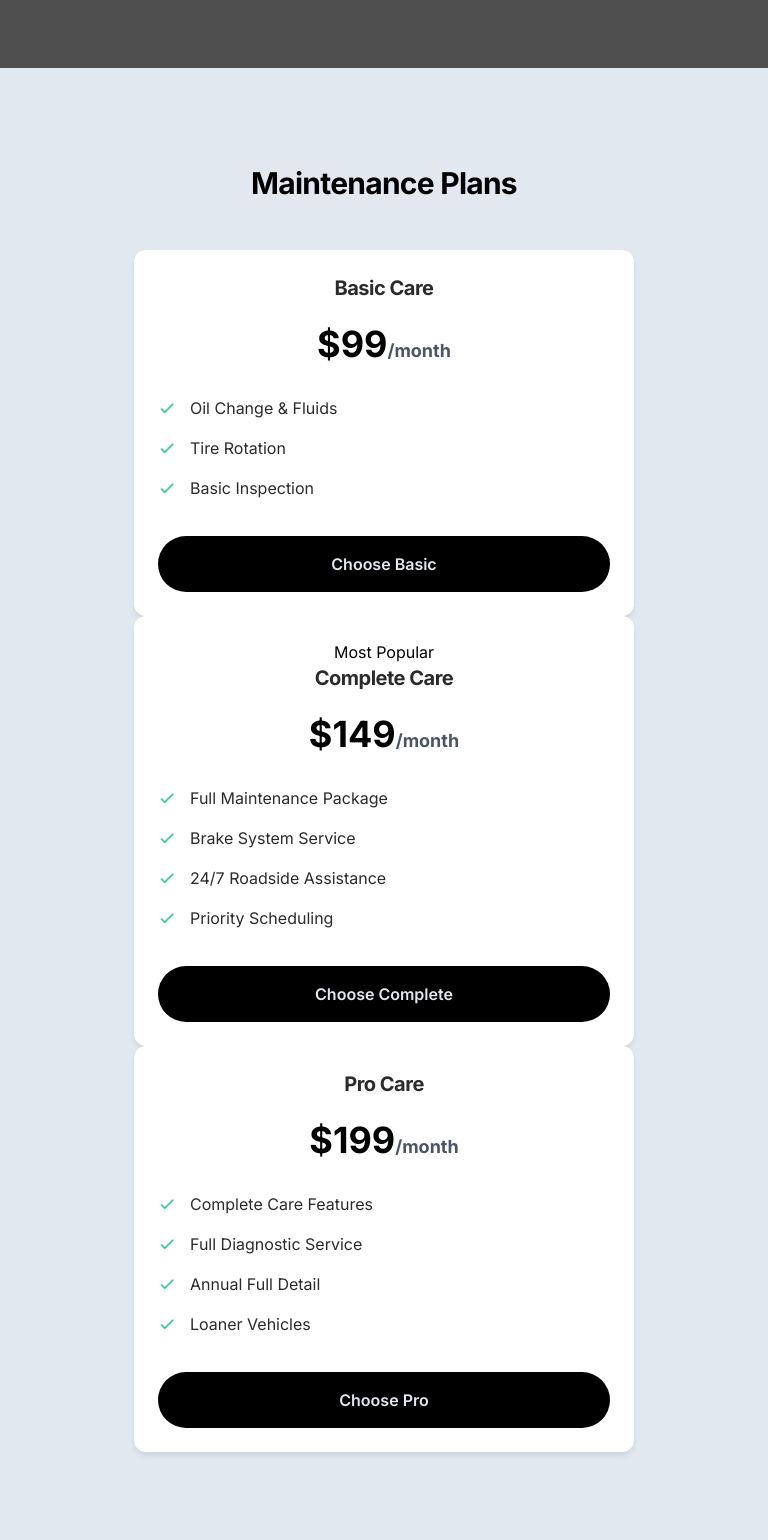
Repository: ilovegames507/twebsite-2
Page: frontend/public/index.html
An editor plug-in stored every save of this project. The page is shown before and after the next save, followed by the edit.
The browser window is 768 px wide. The pictures show the part of the page from y = 876 to 2416 px (the page is 3472 px tall before and 3624 px after).
Pictures or frames that could not be fetched are drawn as grey boxes. A picture or video elsewhere on the page could not be fetched, so the positions and the page height are approximate.

Above is the page before, as saved 2025-03-17 21:39:26.

After the next save:
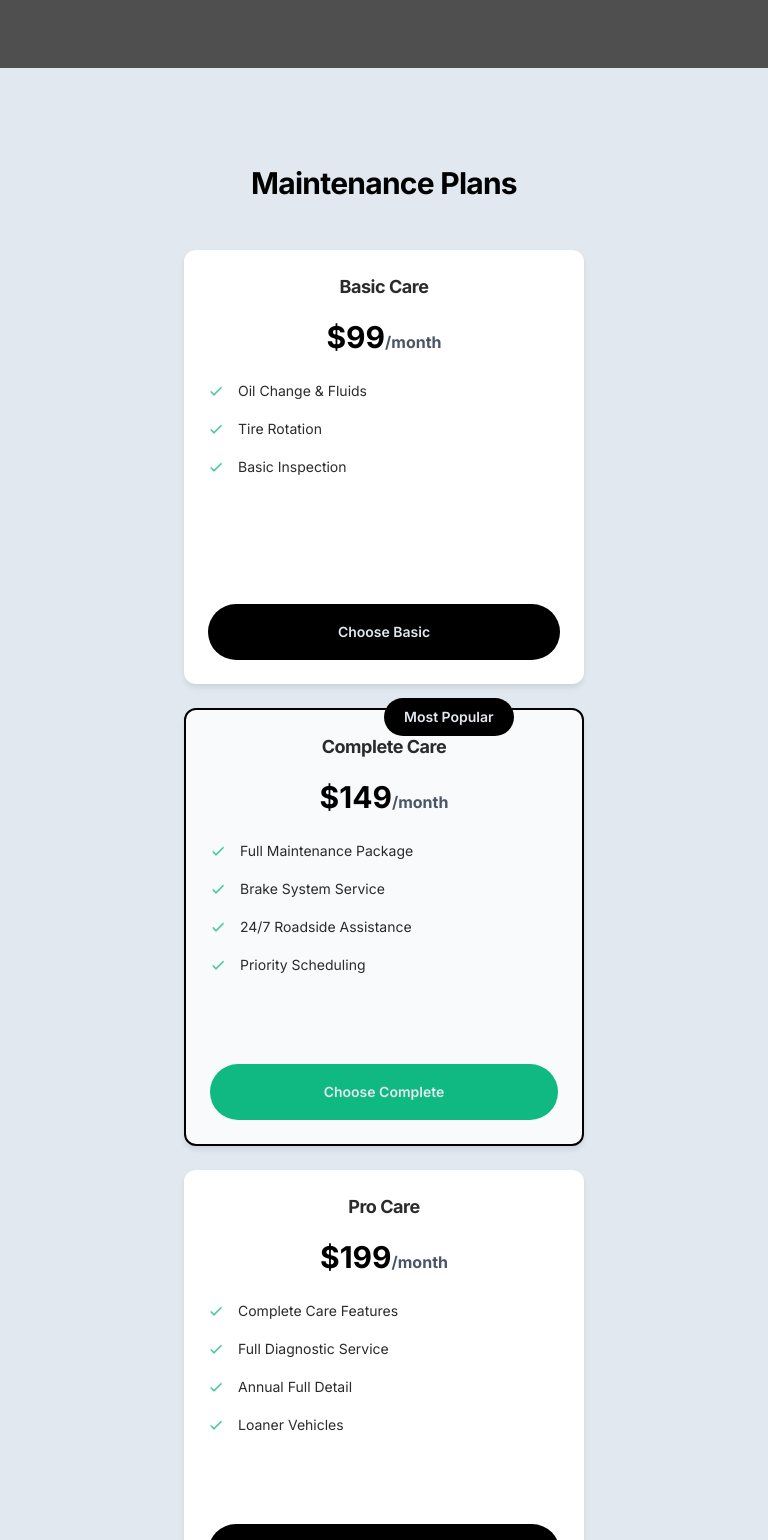
Saved 12 s later.
--- a/frontend/public/styles/components/pricing.css
+++ b/frontend/public/styles/components/pricing.css
@@ -8,46 +8,79 @@
     max-width: 1200px;
     margin: 0 auto;
     padding: 0 var(--size-2xl);
-    text-align: center;
   }
 
   .pricing__title {
     font-size: var(--size-4xl);
+    text-align: center;
     margin-bottom: var(--size-5xl);
     color: var(--clr-dark);
+  }
+
+  .pricing__cards {
+    display: flex;
+    gap: var(--size-2xl);
+    justify-content: center;
+    align-items: center;
   }
 
   .pricing__card {
     background: white;
     border-radius: 12px;
-    padding: var(--size-4xl);
+    padding: var(--size-2xl);
     box-shadow: var(--shadow);
-    max-width: 500px;
-    margin: 0 auto;
+    flex: 1;
+    max-width: 360px;
+    position: relative;
+    transition: var(--transition);
+  }
+
+  .pricing__card--featured {
+    background: var(--clr-slate50);
+    border: 2px solid var(--clr-dark);
+    transform: scale(1.05);
+    z-index: 1;
+    margin: 0 var(--size-xxs);
+  }
+
+  .pricing__badge {
+    position: absolute;
+    top: -12px;
+    left: 50%;
+    transform: translateX(-50%);
+    background: var(--clr-dark);
+    color: var(--clr-light);
+    padding: var(--size-xxs) var(--size-xl);
+    border-radius: 50px;
+    font-size: var(--size-sm);
+    font-weight: 600;
   }
 
   .pricing__package {
-    font-size: var(--size-2xl);
-    margin-bottom: var(--size-xl);
+    font-size: var(--size-xl);
+    margin-bottom: var(--size-lg);
     color: var(--clr-gray);
+    text-align: center;
   }
 
   .pricing__amount {
-    font-size: var(--size-6xl);
+    font-size: var(--size-4xl);
     font-weight: 700;
-    margin-bottom: var(--size-3xl);
+    margin-bottom: var(--size-2xl);
     color: var(--clr-dark);
+    text-align: center;
   }
 
   .pricing__frequency {
-    font-size: var(--size-lg);
+    font-size: var(--size-base);
     color: var(--clr-muted);
   }
 
   .pricing__perks {
     list-style: none;
-    margin-bottom: var(--size-4xl);
+    margin-bottom: var(--size-2xl);
     text-align: left;
+    min-height: 200px;
   }
 
   .pricing__perk {
@@ -56,22 +89,29 @@
     gap: var(--size-sm);
     margin-bottom: var(--size-base);
     color: var(--clr-gray);
+    font-size: var(--size-sm);
   }
 
   .pricing__checkmark {
-    width: var(--size-lg);
-    height: var(--size-lg);
+    width: var(--size-base);
+    height: var(--size-base);
     color: #10b981;
+    flex-shrink: 0;
   }
 
   .pricing__cta {
     background-color: var(--clr-dark);
     color: var(--clr-light);
-    padding: var(--size-base) var(--size-3xl);
+    padding: var(--size-base) var(--size-xl);
     border-radius: 50px;
     font-weight: 600;
     transition: var(--transition);
     width: 100%;
+    font-size: var(--size-sm);
+  }
+
+  .pricing__cta--featured {
+    background-color: #10b981;
   }
 
   .pricing__cta:hover {
@@ -80,8 +120,18 @@
   }
 
   @media (max-width: 768px) {
+    .pricing__cards {
+      flex-direction: column;
+    }
+
     .pricing__card {
-      padding: var(--size-2xl);
+      width: 100%;
+      max-width: 400px;
+    }
+
+    .pricing__card--featured {
+      transform: none;
+      margin: 0;
     }
 
     .pricing__title {
@@ -89,10 +139,10 @@
     }
 
     .pricing__package {
-      font-size: var(--size-xl);
+      font-size: var(--size-lg);
     }
 
     .pricing__amount {
-      font-size: var(--size-4xl);
+      font-size: var(--size-3xl);
     }
   }
